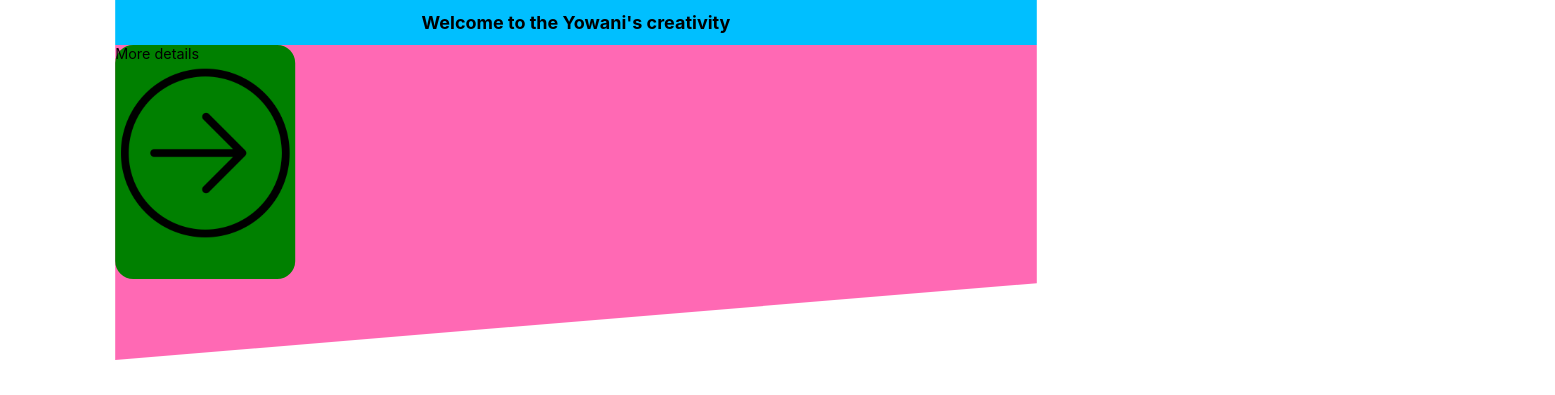
Repository: Yowani24/CarbonApp
Page: /
An editor plug-in stored every save of this project. The page is shown before and after the next save, followed by the edit.
The browser window is 1280 px wide. The page is 1728 px wide, so the pictures cover 1728 px, including what lies to the right of the window. The pictures show the whole page, at 90% of full size.
The project was rebuilt for these pictures with package versions that can differ from the ones it lists, and the page was loaded fresh each time. The framework's server and built-in components were replaced by stand-ins that run in the browser. Also part of the build but not shown: next.config.js, pages/cart/Cart.module.css, pages/cart/index.js.

Above is the page before, as saved 2021-09-26 13:15:50.

### pages/_app.js
import '../styles/globals.css'
import Cart from './cart';

function MyApp({ Component, pageProps }) {
  return (
    <>
      <Component {...pageProps} />
    </>
  );
}

export default MyApp

### pages/index.js
import Head from 'next/head'
import Image from 'next/image'
import styles from '../styles/Home.module.css'
import arrowIcon from '../public/right.png'


export default function Home() {
  return (
    <div className={styles.container}>
      <header className={styles.header}>
        <div className={styles.interface}>
          <div className={styles.header_box}>
            <h1>Welcome to the Yowani's creativity</h1>
          </div>
        </div>
      </header>

      <section className={styles.cards_sec}>
        <div className={styles.interface}>
          <div className={styles.card_box}>
            <div className={styles.card}>
              <div>
                <p>More details</p>
                <span>
                <Image className={styles.esse} src={arrowIcon} alt=""/>
                </span>
              </div>
            </div>
          </div>
        </div>
      </section>
    </div>
  )
}

### styles/globals.css
html,
body {
  padding: 0;
  margin: 0;
  font-family: -apple-system, BlinkMacSystemFont, Segoe UI, Roboto, Oxygen,
    Ubuntu, Cantarell, Fira Sans, Droid Sans, Helvetica Neue, sans-serif;
}

a {
  color: inherit;
  text-decoration: none;
}

* {
  margin: 0;
  box-sizing: border-box;
}

### styles/Home.module.css
.container {
  position: relative;
}
.interface{
  width: 80%;
  margin: 0 auto;
}
.header_box{
  display: flex;
  align-items: center;
  justify-content: center;
  height: 50px;
  background: deepskyblue;
}
.header_box h1{
  font-size: 20px;
}
.cards_sec{

}

.card_box {
  height: 350px;
  margin: 0 auto;
  /* padding-top: 15px; */
  position: relative;
  background: hotpink;
}
.card_box:after {
  content: ' ';
  position: absolute;
  left: 0;
  bottom: 0;
  width: 0;
  height: 0;
  border-bottom: 100px solid white;
  border-left: 1200px solid transparent;
  border-right: 400px solid transparent;
}

.card{
  position: relative;
  width: 200px;
  height: 260px;
  background: green;
  z-index: 100;
  border-radius: 20px;
}

.esse{
  display: none;
}

After the next save:
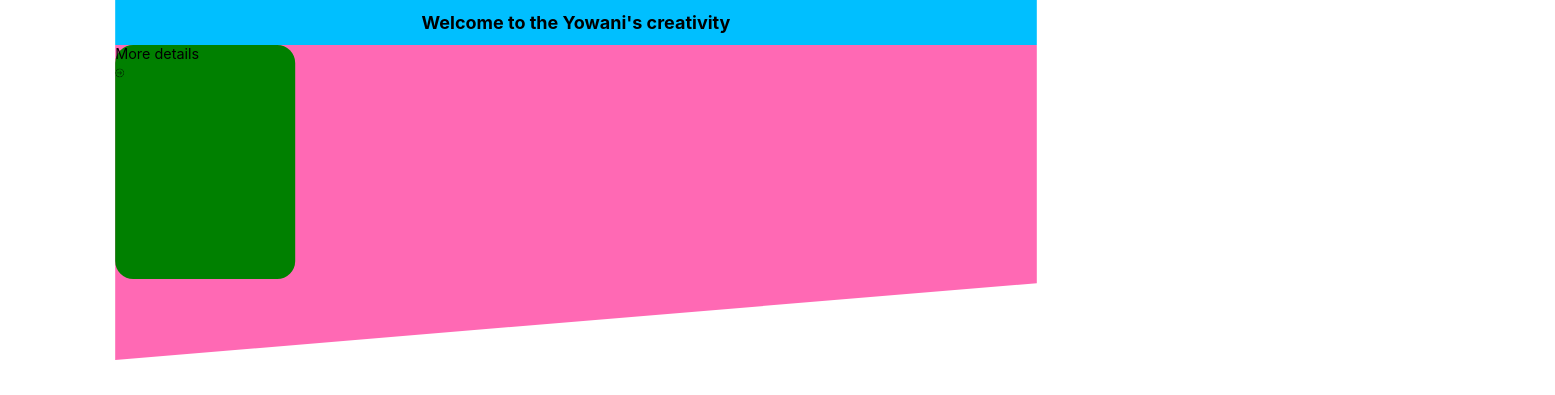
Saved 28 s later.
--- a/pages/index.js
+++ b/pages/index.js
@@ -22,7 +22,7 @@
               <div>
                 <p>More details</p>
                 <span>
-                <Image className={styles.esse} src={arrowIcon} alt=""/>
+                <Image className={styles.esse} src={arrowIcon} width={10} alt=""/>
                 </span>
               </div>
             </div>

After the save that followed:
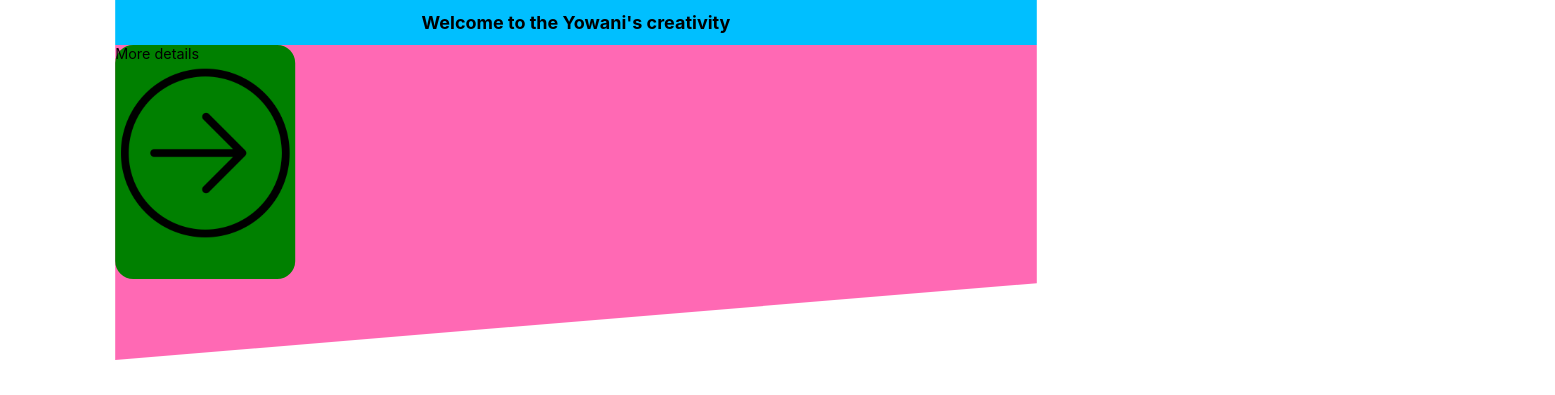
Saved 9 s later.
--- a/pages/index.js
+++ b/pages/index.js
@@ -22,7 +22,7 @@
               <div>
                 <p>More details</p>
                 <span>
-                <Image className={styles.esse} src={arrowIcon} width={10} alt=""/>
+                <Image className={styles.esse} src={arrowIcon} alt=""/>
                 </span>
               </div>
             </div>
